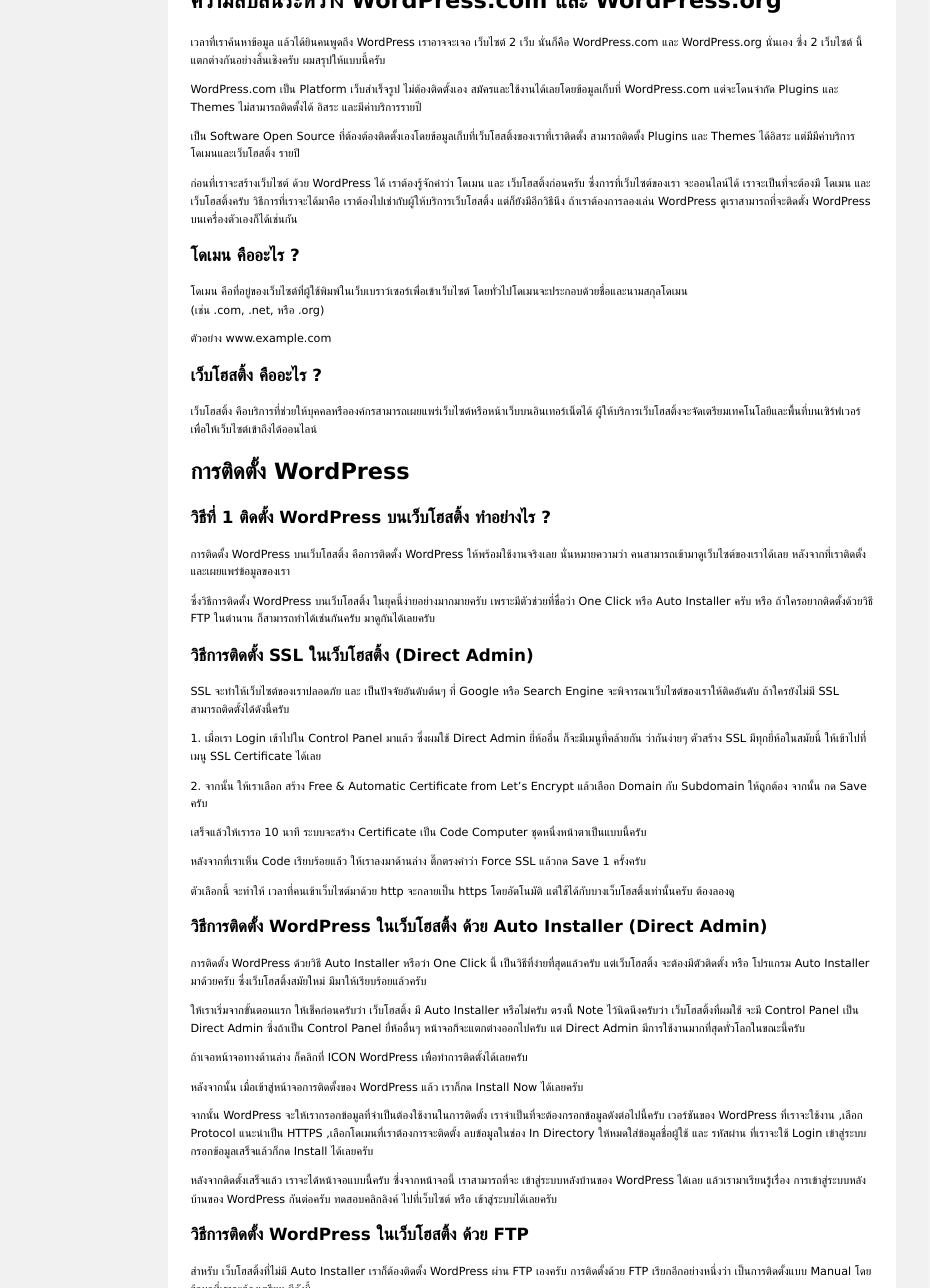
Repository: staggil/thesis
Page: lessons/basic.html
The author's editor kept a copy of each file at every save. The page is drawn from the files as they stood at one save, then again after the next save.
The browser window is 1280 px wide. The page is 1328 px wide, so the pictures cover 1328 px, including what lies to the right of the window. The pictures show the part of the page from y = 1087 to 2927 px (the page is 3690 px tall before and 1456 px after), at 70% of full size.
The page's requests for data from a server got no answer.

Above is the page before, as saved 2025-12-16 06:29:05.

After the next save:
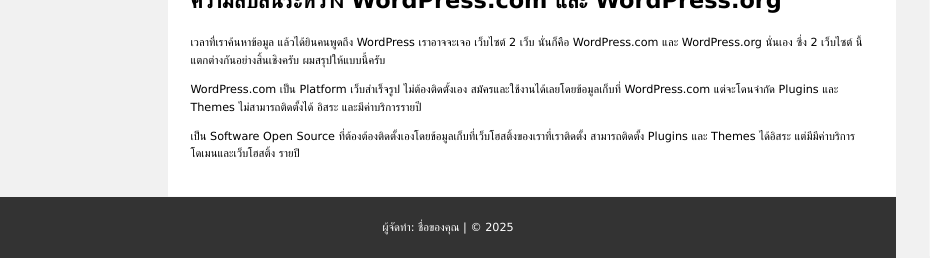
Saved 32 s later.
--- a/lessons/basic.html
+++ b/lessons/basic.html
@@ -59,71 +59,9 @@
                 แต่มีมีค่าบริการโดเมนและเว็บโฮสติ้ง รายปี
             </p>
 
-            <p>ก่อนที่เราจะสร้างเว็บไซต์ ด้วย WordPress ได้ เราต้องรู้จักคำว่า โดเมน และ เว็บโฮสติ้งก่อนครับ ซึ่งการที่เว็บไซต์ของเรา จะออนไลน์ได้
-            เราจะเป็นที่จะต้องมี โดเมน และ เว็บโฮสติ้งครับ วิธีการที่เราจะได้มาคือ เราต้องไปเช่ากับผู้ให้บริการเว็บโฮสติ้ง แต่ก็ยังมีอีกวิธีนึง ถ้าเราต้องการลองเล่น
-             WordPress ดูเราสามารถที่จะติดตั้ง WordPress บนเครื่องตัวเองก็ได้เช่นกัน</p>
 
-             <h2>โดเมน คืออะไร ?</h2>
-             <p>โดเมน คือที่อยู่ของเว็บไซต์ที่ผู้ใช้พิมพ์ในเว็บเบราว์เซอร์เพื่อเข้าเว็บไซต์ โดยทั่วไปโดเมนจะประกอบด้วยชื่อและนามสกุลโดเมน <br>
-                 (เช่น .com, .net, หรือ .org)</p>
-             <p>ตัวอย่าง www.example.com</p>
 
-             <h2>เว็บโฮสติ้ง คืออะไร ?</h2>
-             <p>เว็บโฮสติ้ง คือบริการที่ช่วยให้บุคคลหรือองค์กรสามารถเผยแพร่เว็บไซต์หรือหน้าเว็บบนอินเทอร์เน็ตได้
-                ผู้ให้บริการเว็บโฮสติ้งจะจัดเตรียมเทคโนโลยีและพื้นที่บนเซิร์ฟเวอร์เพื่อให้เว็บไซต์เข้าถึงได้ออนไลน์</p>
 
-            <h1>การติดตั้ง WordPress</h1>
-            <h2>วิธีที่ 1 ติดตั้ง WordPress บนเว็บโฮสติ้ง ทำอย่างไร ?</h2>
-            <p>การติดตั้ง WordPress บนเว็บโฮสติ้ง คือการติดตั้ง WordPress ให้พร้อมใช้งานจริงเลย
-                นั่นหมายความว่า คนสามารถเข้ามาดูเว็บไซต์ของเราได้เลย หลังจากที่เราติดตั้งและเผยแพร่ข้อมูลของเรา</p>
-            <p>ซึ่งวิธีการติดตั้ง WordPress บนเว็บโฮสติ้ง ในยุคนี้ง่ายอย่างมากมายครับ เพราะมีตัวช่วยที่ชื่อว่า One Click
-                หรือ Auto Installer ครับ หรือ ถ้าใครอยากติดตั้งด้วยวิธี FTP ในตำนาน ก็สามารถทำได้เช่นกันครับ มาดูกันได้เลยครับ</p>
-            <h2>วิธีการติดตั้ง SSL ในเว็บโฮสติ้ง (Direct Admin)</h2>
-            <p>SSL จะทำให้เว็บไซต์ของเราปลอดภัย และ เป็นปัจจัยอันดับต้นๆ ที่ Google หรือ Search Engine จะพิจารณาเว็บไซต์ของเราให้ติดอันดับ
-                 ถ้าใครยังไม่มี SSL สามารถติดตั้งได้ดังนี้ครับ</p>
-            <p>1. เมื่อเรา Login เข้าไปใน Control Panel มาแล้ว ซึ่งผมใช้ Direct Admin ยี่ห้ออื่น ก็จะมีเมนูที่คล้ายกัน ว่ากันง่ายๆ
-                ตัวสร้าง SSL มีทุกยี่ห้อในสมัยนี้ ให้เข้าไปที่เมนู SSL Certificate ได้เลย</p>
-            <p>2. จากนั้น ให้เราเลือก สร้าง Free & Automatic Certificate from Let’s Encrypt
-                แล้วเลือก Domain กับ Subdomain ให้ถูกต้อง จากนั้น กด Save ครับ</p>
-            <p>เสร็จแล้วให้เรารอ 10 นาที ระบบจะสร้าง Certificate เป็น Code Computer ชุดหนึ่งหน้าตาเป็นแบบนี้ครับ</p>
-            <p>หลังจากที่เราเห็น Code เรียบร้อยแล้ว ให้เราลงมาด้านล่าง ติ๊กตรงคำว่า Force SSL แล้วกด Save 1 ครั้งครับ</p>
-            <p>ตัวเลือกนี้ จะทำให้ เวลาที่คนเข้าเว็บไซต์มาด้วย http จะกลายเป็น https โดยอัตโนมัติ แต่ใช้ได้กับบางเว็บโฮสติ้งเท่านั้นครับ ต้องลองดู</p>
-
-            <h2>วิธีการติดตั้ง WordPress ในเว็บโฮสติ้ง ด้วย Auto Installer (Direct Admin)</h2>
-            <p>การติดตั้ง WordPress ด้วยวิธี Auto Installer หรือว่า One Click นี้ เป็นวิธีที่ง่ายที่สุดแล้วครับ
-                แต่เว็บโฮสติ้ง จะต้องมีตัวติดตั้ง หรือ โปรแกรม Auto Installer มาด้วยครับ ซึ่งเว็บโฮสติ้งสมัยใหม่ มีมาให้เรียบร้อยแล้วครับ</p>
-            <p>ให้เราเริ่มจากขั้นตอนแรก ให้เช็คก่อนครับว่า เว็บโฮสติ้ง มี Auto Installer หรือไม่ครับ ตรงนี้ Note ไว้นิดนึงครับว่า เว็บโฮสติ้งที่ผมใช้
-                 จะมี Control Panel เป็น Direct Admin ซึ่งถ้าเป็น Control Panel ยี่ห้ออื่นๆ หน้าจอก็จะแตกต่างออกไปครับ แต่ Direct Admin
-                  มีการใช้งานมากที่สุดทั่วโลกในขณะนี้ครับ</p>
-            <p>ถ้าเจอหน้าจอทางด้านล่าง ก็คลิกที่ ICON WordPress เพื่อทำการติดตั้งได้เลยครับ</p>
-            <p>หลังจากนั้น เมื่อเข้าสู่หน้าจอการติดตั้งของ WordPress แล้ว เราก็กด Install Now ได้เลยครับ</p>
-            <p>จากนั้น WordPress จะให้เรากรอกข้อมูลที่จำเป็นต้องใช้งานในการติดตั้ง เราจำเป็นที่จะต้องกรอกข้อมูลดังต่อไปนี้ครับ
-                เวอร์ชันของ WordPress ที่เราจะใช้งาน ,เลือก Protocol แนะนำเป็น HTTPS ,เลือกโดเมนที่เราต้องการจะติดตั้ง
-                ลบข้อมูลในช่อง In Directory ให้หมดใส่ข้อมูลชื่อผู้ใช้ และ รหัสผ่าน ที่เราจะใช้ Login เข้าสู่ระบบ
-                กรอกข้อมูลเสร็จแล้วก็กด Install ได้เลยครับ</p>
-           <p>หลังจากติดตั้งเสร็จแล้ว เราจะได้หน้าจอแบบนี้ครับ ซึ่งจากหน้าจอนี้
-            เราสามารถที่จะ เข้าสู่ระบบหลังบ้านของ WordPress ได้เลย แล้วเรามาเรียนรู้เรื่อง การเข้าสู่ระบบหลังบ้านของ WordPress กันต่อครับ
-            ทดสอบคลิกลิงค์ ไปที่เว็บไซต์ หรือ เข้าสู่ระบบได้เลยครับ</p>
-
-            <h2>วิธีการติดตั้ง WordPress ในเว็บโฮสติ้ง ด้วย FTP </h2>
-            <p>สำหรับ เว็บโฮสติ้งที่ไม่มี Auto Installer เราก็ต้องติดตั้ง WordPress ผ่าน FTP เองครับ
-                การติดตั้งด้วย FTP เรียกอีกอย่างหนึ่งว่า เป็นการติดตั้งแบบ Manual โดยข้อมูลที่เราจะต้องเตรียม มีดังนี้</p>
-            <p>FTP Host หรือ ที่อยู่ FTP ของเว็บโฮสติ้ง</p>
-            <p>FTP User และ Password คือ ข้อมูลผู้ใช้ และรหัสผ่าน ที่เราจะเข้าไปใช้งาน FTP</p>
-            <p>Database Host คือ ที่อยู่ของฐานข้อมูล</p>
-            <p>Database Name คือชื่อฐานข้อมูลที่เราใช้ได้ในเว็บโฮสติ้ง</p>
-            <p>Database User และ Password คือ ข้อมูลผู้ใช้ และ รหัสผ่าน ที่เราจะใช้เชื่อมกับฐานข้อมูล</p>
-            <p>นอกจากนั้น เราจำเป็นที่จะต้องมี โปรแกรม สำหรับ ย้ายข้อมูลจากเครื่องคอมพิวเตอร์ของเราไปยัง เว็บโฮสติ้งด้วย ซึ่งโปรแกรมที่ผมใช้จะชื่อ FileZilla ครับ</p>
-
-            <h1>วิธีที่ 2 ติดตั้ง WordPress บนเครื่องตัวเอง ทำอย่างไร ?</h1>
-            <p>ก่อนอื่นเราต้องเข้าใจก่อนว่า WordPress จะทำงานได้ก็ต่อเมื่อ ทำงานบน Web Server เท่านั้น ซึ่งในระบบของเว็บโฮสติ้ง มีการติดตั้ง Web Server อยู่
-                 WordPress จึงจะทำงานได้แต่ถ้าเราต้องการจะให้ WordPress ทำงานได้ที่เครื่องของเราเอง เราจะต้องจำลองเครื่องของเราเป็น Web Server ก่อนครับ
-                ซึ่งวิธีการจำลองนั้น ไม่ยากครับ เพราะปัจจุบัน มี Software สำเร็จรูป มากมายที่จะแปลงให้เครื่องคอมพิวเตอร์ของเรา เป็น Web Server ได้
-                เครื่องมือเหล่านั้นได้แก่…</p>
-            <p>Xampp เป็น Software Free ยอดนิยมในการจำลอง Server ของนักพัฒนาเว็บไซต์</p>
-            <p>Mamp มีทั้ง Version Free และ Version Pro ใช้งานไม่ต่างกับ Xampp แต่ Version Pro ชีวิตสบายขึ้นเยอะเลย</p>
-            <p>LocalWP น้องใหม่ในวงการ จำลอง Web Server ใช้ได้ฟรีเช่นกัน</p>
-            <p>Bitnami WordPress Stack ตัวนี้ผมแนะนำสำหรับผู้เริ่มต้น เพราะเขาติดตั้ง WordPress มาให้เลย ไม่ต้องยุ่งยากในการ Download WordPress มาติดตั้งเองอีกที</p>
     </main>
 </div>
 
